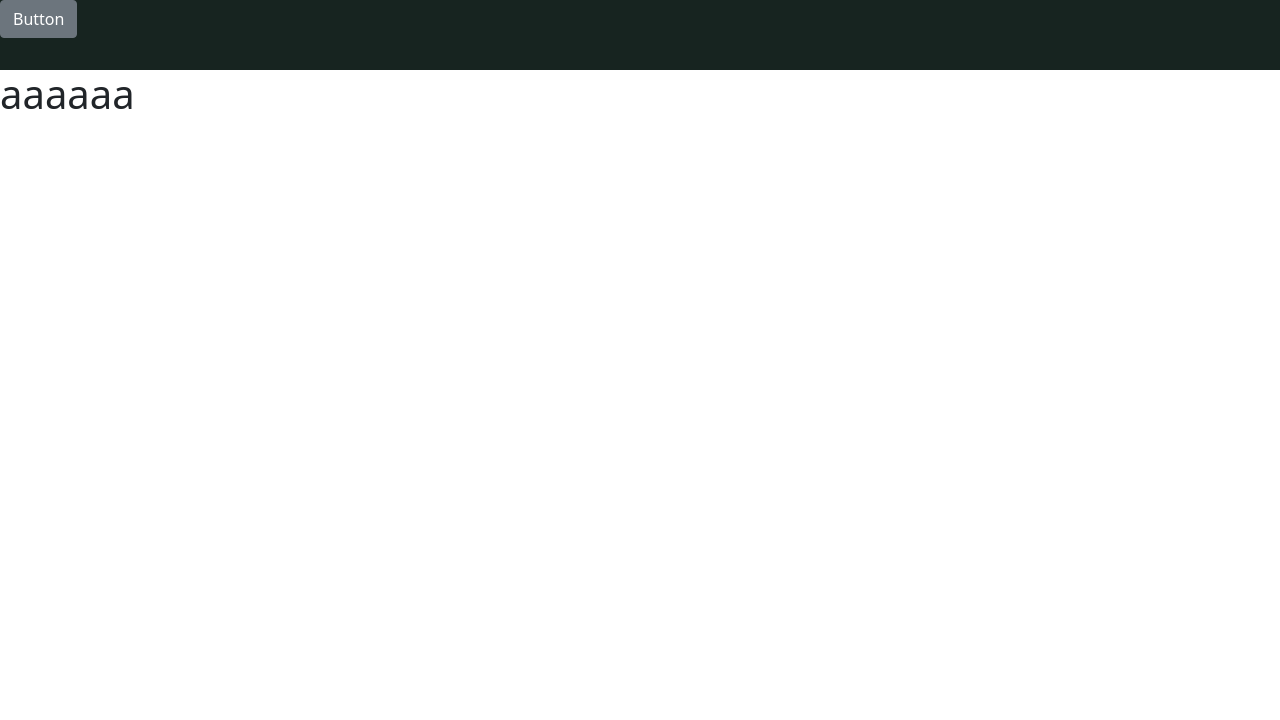
Repository: Daaira0811/TareaVue
Page: /
An editor plug-in stored every save of this project. The page is shown before and after the next save, followed by the edit.
The browser window is 1280 px wide. The pictures show the whole page.
The project was rebuilt for these pictures with package versions that can differ from the ones it lists, and the page was loaded fresh each time. Also part of the build but not shown: vite.config.js.

Above is the page before, as saved 2022-06-19 19:42:40.

After the next save:
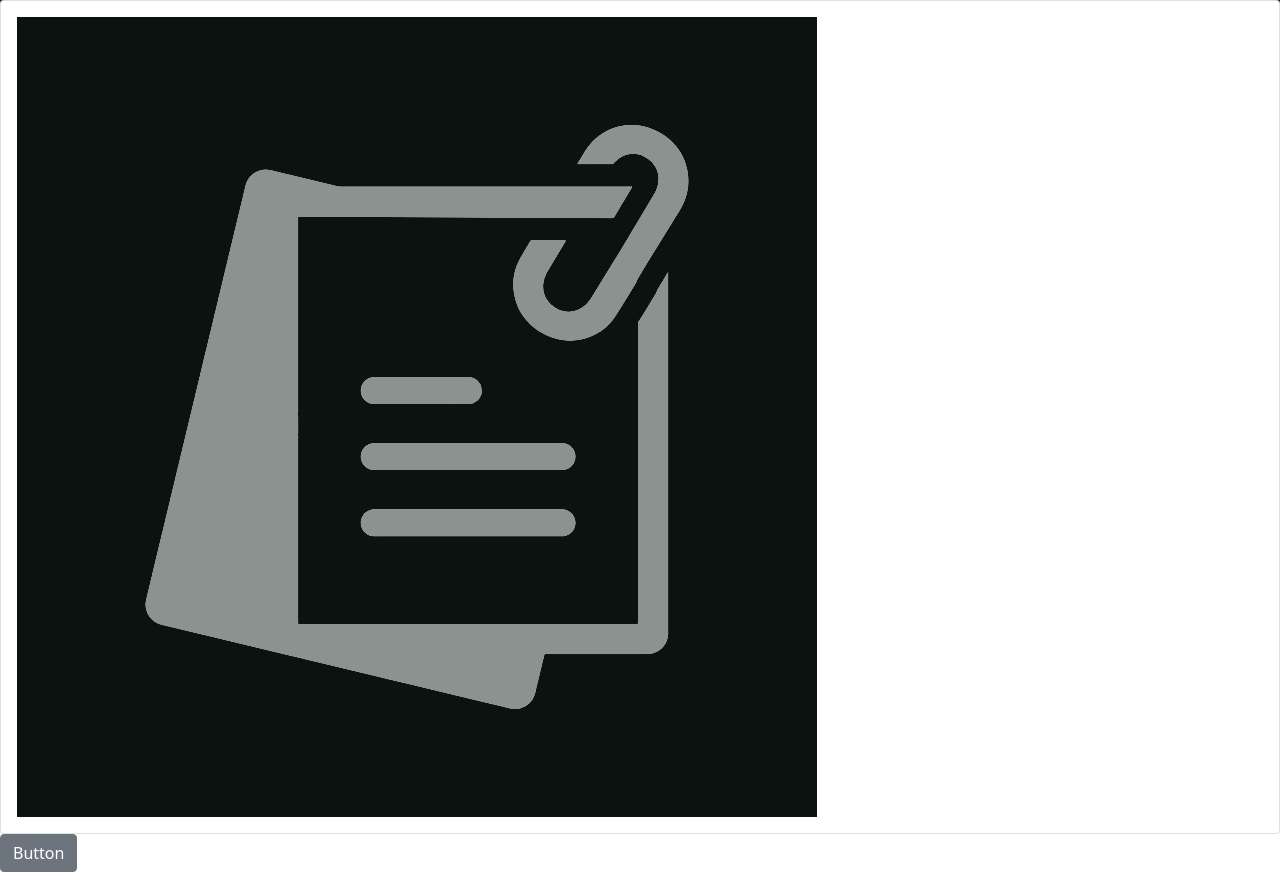
Saved 17 min 37 s later.
--- a/src/components/Navbar.vue
+++ b/src/components/Navbar.vue
@@ -1,5 +1,8 @@
 <template>
 <div id="cuerpoNav">
+    <b-card>
+    <b-img src="../assets/image2.png" fluid alt ="Resposible image"/>
+    </b-card>
     <b-button>Button</b-button>
 </div>
 </template>
@@ -12,5 +15,6 @@
     height:70px;
     background-color: #172420;
     color: white;
+
 }
 </style>
